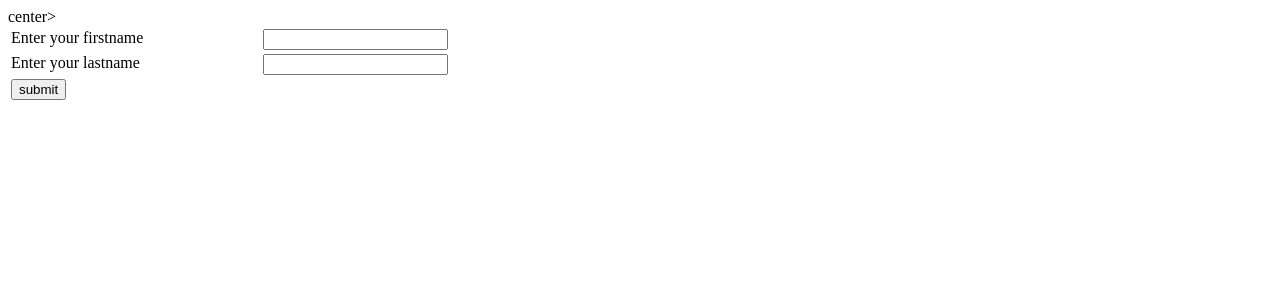
Repository: azizrepo/simpllilearn
Page: FirstServlet/FirstServlet/index.html
These files come from the project's save history. The page is drawn as it stood at one moment and after the next save; the edit follows.
The browser window is 1280 px wide. The pictures show the whole page.

Above is the page before, as saved 2020-10-18 14:30:49.

### FirstServlet/FirstServlet/index.html
<!DOCTYPE html>
<html>
<head>
<meta charset="ISO-8859-1">
<title>Insert title here</title>
</head>
<body>

center>
                <form name=frmName method="post" action="/FirstServlet/MyGenericServlet">
                        <table width="50%" border="0">
                                <tr valign="top">
                                        <td width="40%">Enter your firstname</td>
                                        <td><input name="username" id="fname" maxlength=30></td>
                                </tr>
                                <tr valign="top">
                                        <td width="40%">Enter your lastname</td>
                                        <td><input name="address" id="lname" maxlength=30></td>
                                </tr>
                                        <tr valign="top">
                                        <td colspan=2 width="100%">
                                               <input type="submit" name="submit" value="submit">

                                        </td>

                                </tr>
                        </table>
                </form>
        </center>




</body>
</html>

After the next save:
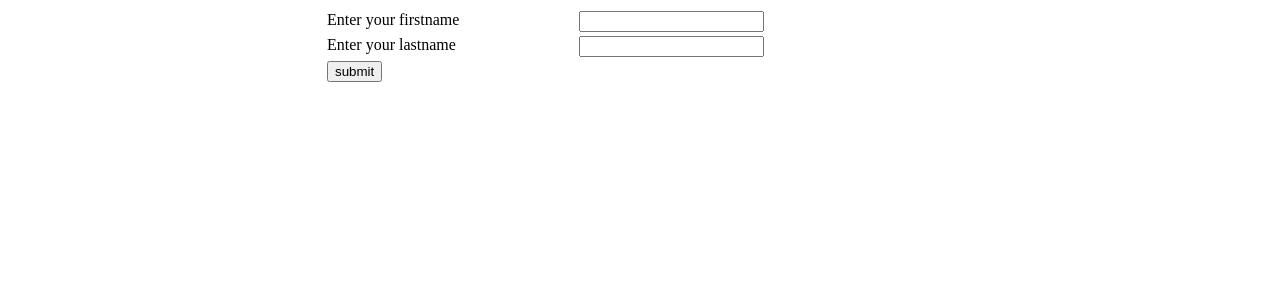
Saved 3 s later.
--- a/FirstServlet/FirstServlet/index.html
+++ b/FirstServlet/FirstServlet/index.html
@@ -6,7 +6,7 @@
 </head>
 <body>
 
-center>
+<center>
                 <form name=frmName method="post" action="/FirstServlet/MyGenericServlet">
                         <table width="50%" border="0">
                                 <tr valign="top">
